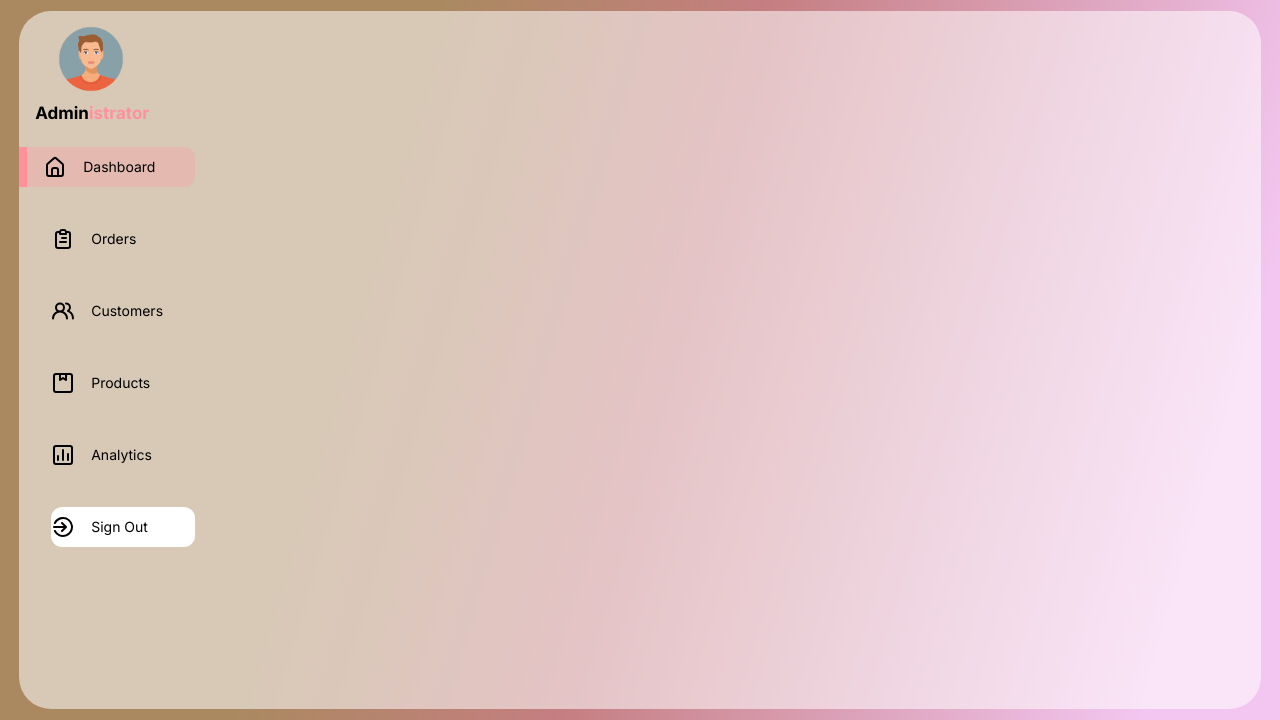
Repository: Zeeohn/react-admin-dash1
Page: /
These files come from the project's save history. The page is drawn as it stood at one moment and after the next save; the edit follows.
The browser window is 1280 px wide. The pictures show the whole page.
The pointer rests on the first visible `.signOut`.
The project was rebuilt for these pictures with package versions that can differ from the ones it lists, and the page was loaded fresh each time.

Above is the page before, as saved 2022-05-20 13:13:47.

After the next save:
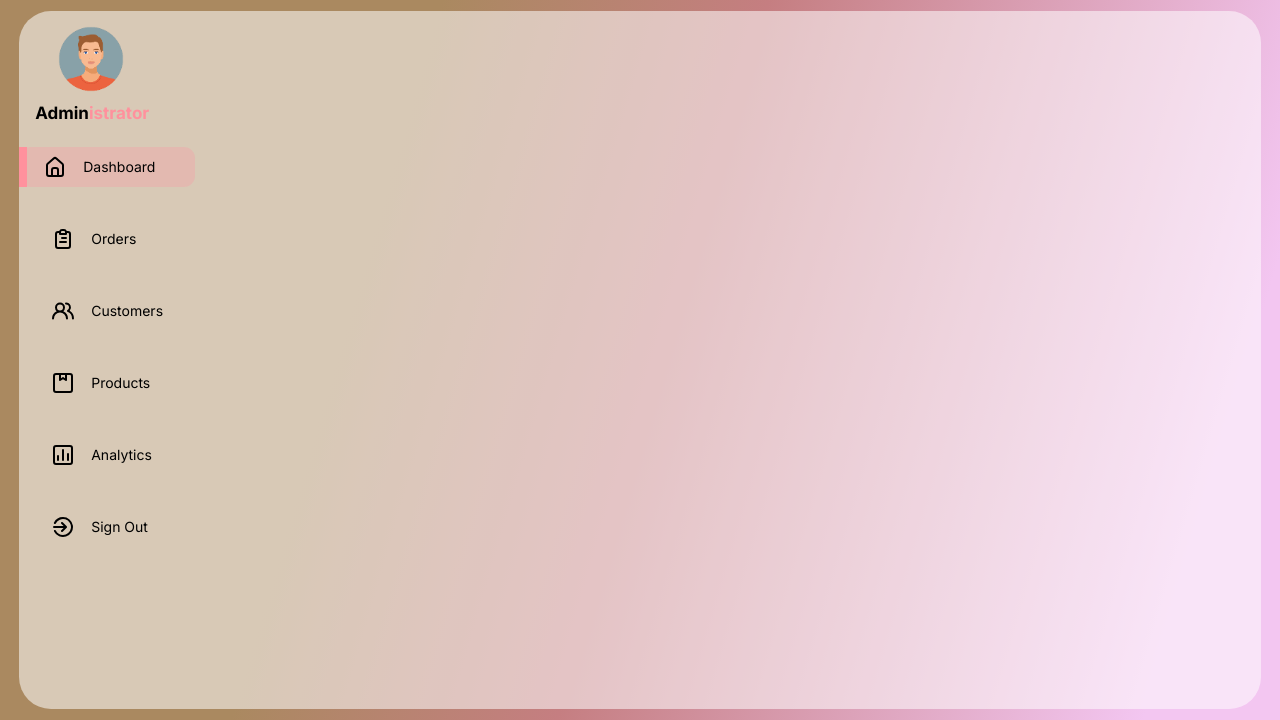
Saved 3 min 35 s later.
--- a/src/components/sidebar/Sidebar.css
+++ b/src/components/sidebar/Sidebar.css
@@ -72,6 +72,6 @@
 }
 
 .signOut:hover {
-  background: white;
+  background: rgba(255, 4, 4, 0.74)255, 4, 4, 0.904)255, 4, 4, 0.904);
   transition: ease-out;
 }
